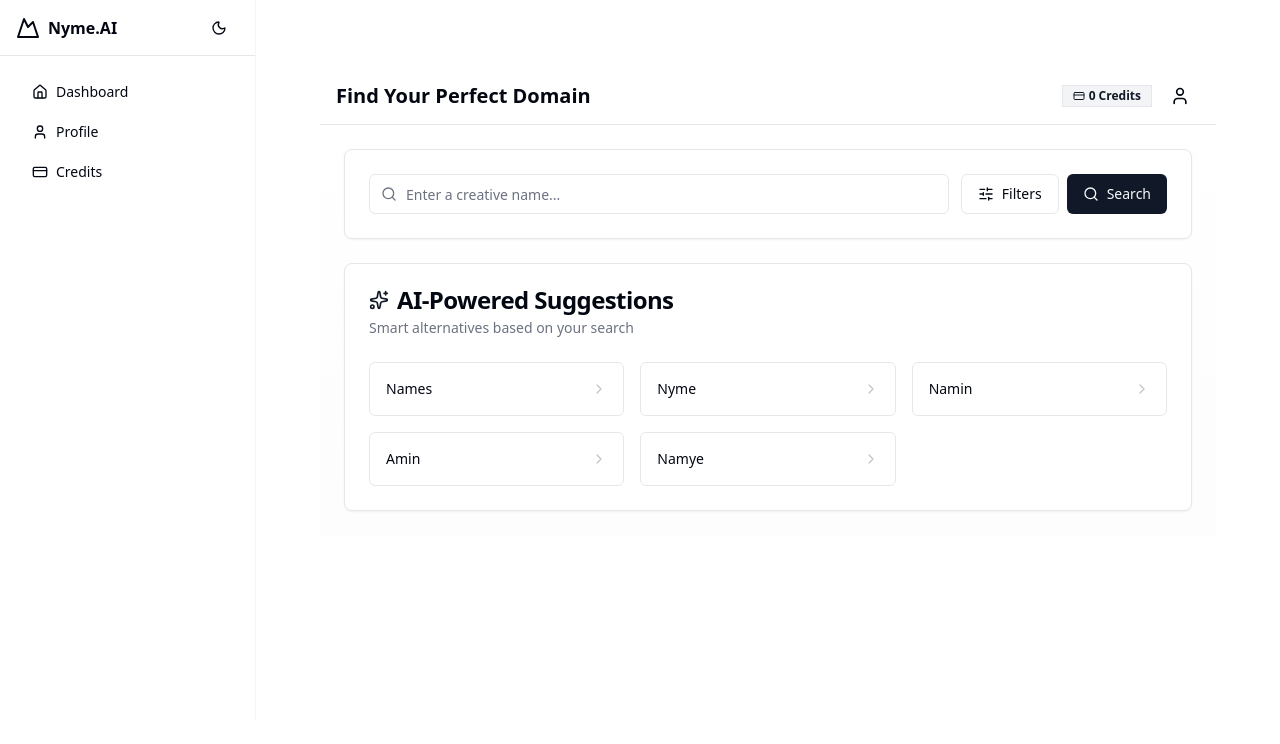
Repository: EliDorf/nyme
Page: /
An editor plug-in stored every save of this project. The page is shown before and after the next save, followed by the edit.
The browser window is 1280 px wide. The pictures show the whole page.
The page's requests for data from a server got no answer. The project was rebuilt for these pictures with package versions that can differ from the ones it lists, and the page was loaded fresh each time. Some packages were replaced by stand-ins written for this rebuild. The framework's server and built-in components were replaced by stand-ins that run in the browser. No one was signed in, and anything a server would have sent is missing. Also part of the build but not shown: next.config.mjs, lib/utils.ts, components/ui/tabs.tsx, components/ui/skeleton.tsx, components/ui/switch.tsx, components/ui/label.tsx, components/ui/alert-dialog.tsx, components/shared/InsufficientCreditsModal.tsx.

Above is the page before, as saved 2025-01-19 13:58:57.

### components/component/DomainFinder.tsx
'use client'

import { useState, useEffect, useRef } from "react"
import { Search, Home, CreditCard, User, Globe, X, Check, Sparkles, History, BookMarked, ArrowRight, Bell, Menu, Moon, Sun, SlidersHorizontal, ExternalLink, Star, Clock, DollarSign, ChevronRight, LayoutGrid, List } from 'lucide-react'
import { Button } from "@/components/ui/button"
import { Input } from "@/components/ui/input"
import {
  Card,
  CardContent,
  CardDescription,
  CardHeader,
  CardTitle,
  CardFooter,
} from "@/components/ui/card"
import {
  Sheet,
  SheetContent,
  SheetHeader,
  SheetTitle,
  SheetTrigger,
  SheetFooter,
} from "@/components/ui/sheet"
import {
  DropdownMenu,
  DropdownMenuContent,
  DropdownMenuItem,
  DropdownMenuTrigger,
  DropdownMenuSeparator,
  DropdownMenuLabel,
  DropdownMenuCheckboxItem,
} from "@/components/ui/dropdown-menu"
import { Badge } from "@/components/ui/badge"
import { ScrollArea } from "@/components/ui/scroll-area"
import { Tabs, TabsContent, TabsList, TabsTrigger } from "@/components/ui/tabs"
import { Skeleton } from "@/components/ui/skeleton"
import {
  Tooltip,
  TooltipContent,
  TooltipProvider,
  TooltipTrigger,
} from "@/components/ui/tooltip"
import { Progress } from "@/components/ui/progress"
import { Separator } from "@/components/ui/separator"
import { Switch } from "@/components/ui/switch"
import { Label } from "@/components/ui/label"
import { useUser } from '@clerk/nextjs'
import axios from 'axios'
import { creditFee } from "@/constants"
import { InsufficientCreditsModal } from "../shared/InsufficientCreditsModal"
import { useSuggestions } from "./UseSuggestion"
import { updateCredits } from "@/lib/actions/user.action"
import { useUserData } from "@/lib/actions/useUserData"

interface DomainStatus {
  domain: string;
  zone: string;
  status: string;
  summary: string;
}

interface Domain {
  domain: string;
  status: DomainStatus;
}

const TLDs = ['.com', '.io', '.ai', '.co', '.net'];

const getAffiliateLink = (domain: string) => {
  return `https://www.namecheap.com/domains/registration/results/?domain=${encodeURIComponent(domain)}&clickID=2eZ1DcRCpxyKUZtRio1i6XbcUkCXtpSh2w30Ro0&irgwc=1&utm_source=IR&utm_medium=Affiliate&utm_campaign=5673970&affnetwork=ir&ref=ir`;
};

export default function DomainFinder() {
  const { user } = useUser();
  const { userData, refetchUserData } = useUserData();
  const { suggestions, isLoading: suggestionsLoading, error: suggestionsError, handleSubmit } = useSuggestions();
  const [searchTerm, setSearchTerm] = useState("")
  const [isOpen, setIsOpen] = useState(false)
  const [isDarkMode, setIsDarkMode] = useState(false)
  const [isLoading, setIsLoading] = useState(false)
  const [isListView, setIsListView] = useState(false)
  const [domains, setDomains] = useState<Domain[]>([])
  const [error, setError] = useState<string | null>(null)
  const [hasSearched, setHasSearched] = useState(false)
  const [isSaving, setIsSaving] = useState(false)
  const [domainsChecked, setDomainsChecked] = useState(false)

  // Placeholder data
  const placeholderDomains: Domain[] = [
    { domain: 'Namye.com', status: { domain: 'Namye.com', zone: 'com', status: 'inactive', summary: 'inactive' } },
    { domain: 'Nyme.io', status: { domain: 'Nyme.io', zone: 'io', status: 'active', summary: 'active' } },
    { domain: 'Nyme.ai', status: { domain: 'Nyme.ai', zone: 'ai', status: 'inactive', summary: 'inactive' } },
    { domain: 'Namin.com', status: { domain: 'Namin.com', zone: 'com', status: 'active', summary: 'active' } },
    { domain: 'Amin.co', status: { domain: 'Amin.co', zone: 'co', status: 'inactive', summary: 'inactive' } },
  ];

  const handleSearch = async () => {
    if (!user || !userData) {
      setError('You must be logged in to search');
      return;
    }

    if (userData.creditBalance < Math.abs(creditFee)) {
      setError('Insufficient credits');
      return;
    }

    setIsLoading(true);
    setError(null);

    try {
      await handleSubmit(searchTerm);
      await updateCredits(userData._id.toString(), creditFee);
      await refetchUserData();
      await checkDomains();
    } catch (err) {
      console.error(err);
      setError('Failed to perform search');
    } finally {
      setIsLoading(false);
    }
  }

  useEffect(() => {
    if (domainsChecked && user) {
      saveDomains();
    }
  }, [domainsChecked, user]);

  const checkDomains = async (searchInput = searchTerm) => {
    setIsLoading(true);
    setError(null);
    try {
      const allDomains = [searchInput, ...suggestions].filter(Boolean);
      const requests = allDomains.flatMap(domain =>
        TLDs.map(tld => axios.get(`/api/domains?name=${encodeURIComponent(domain + tld)}`))
      );
      const responses = await Promise.all(requests);
      const newDomains = responses.map((response, index) => {
        const domain = allDomains[Math.floor(index / TLDs.length)] + TLDs[index % TLDs.length];
        const status = response.data.status[0];
        return {
          domain,
          status
        };
      });
      setDomains(newDomains);
      setHasSearched(true);
      setDomainsChecked(true);
    } catch (err) {
      setError('Failed to check domain availability');
      console.error(err);
    } finally {
      setIsLoading(false);
    }
  };

  const isAvailable = (status: string) => {
    return status === "inactive" || status === "undelegated" || status === "unknown" || status === "undelegated inactive";
  };

  const displayDomains = hasSearched ? domains : placeholderDomains;
  const sortedDomains = [...displayDomains].sort((a, b) => a.domain.length - b.domain.length);
  const availableDomains = sortedDomains.filter(d => isAvailable(d.status.status)).slice(0, 10);
  const unavailableDomains = sortedDomains.filter(d => !isAvailable(d.status.status)).slice(0, 10);

  const saveDomains = async () => {
    if (!user) {
      console.error('No user logged in');
      setError('You must be logged in to save domains');
      return;
    }

    setIsSaving(true);
    try {
      const response = await axios.post('/api/save-domains', {
        domains: [...availableDomains, ...unavailableDomains],
        userId: user.id,
        input: searchTerm
      });

      if (response.status !== 200) {
        throw new Error(`Failed to save domains. Status: ${response.status}`);
      }
    } catch (error) {
      console.error('Error saving domains:', error);
      setError('Failed to save domains. Please try again.');
    } finally {
      setIsSaving(false);
      setDomainsChecked(false);
    }
  };

  const toggleTheme = () => {
    setIsDarkMode(!isDarkMode)
    document.documentElement.classList.toggle('dark')
  }

  return (
    <div className={`flex flex-col bg-gradient-to-b from-background to-muted/20 w-full ${isDarkMode ? 'dark' : ''}`}>
      {/* Main Content */}
      <div className="flex-1">
        <header className="sticky top-0 z-20 border-b bg-background/95 backdrop-blur supports-[backdrop-filter]:bg-background/60">
          <div className="flex h-14 items-center gap-4 px-4">
            <h1 className="text-lg font-semibold md:text-xl">Find Your Perfect Domain</h1>
            <div className="ml-auto flex items-center gap-2">
              <TooltipProvider>
                <Tooltip>
                  <TooltipTrigger asChild>
                    <Badge variant="secondary" className="hidden sm:inline-flex">
                      <CreditCard className="mr-1 h-3 w-3" />
                      {userData?.creditBalance || 0} Credits
                    </Badge>
                  </TooltipTrigger>
                  <TooltipContent>Available search credits</TooltipContent>
                </Tooltip>
              </TooltipProvider>
              <Button variant="ghost" size="icon" className="hidden md:inline-flex">
                <User className="h-5 w-5" />
              </Button>
            </div>
          </div>
        </header>

        <main className="p-4 md:p-6">
          <div className="mx-auto max-w-6xl space-y-4 md:space-y-6">
            {/* Search Section */}
            <Card className="overflow-hidden">
              <CardContent className="p-4 md:p-6">
                <div className="flex flex-col gap-3 sm:flex-row">
                  <div className="relative flex-1">
                    <Search className="absolute left-3 top-3 h-4 w-4 text-muted-foreground" />
                    <Input
                      placeholder="Enter a creative name..."
                      value={searchTerm}
                      onChange={(e) => setSearchTerm(e.target.value)}
                      className="pl-9"
                      disabled={isLoading}
                    />
                  </div>
                  <div className="flex gap-2">
                    <DropdownMenu>
                      <DropdownMenuTrigger asChild>
                        <Button variant="outline" className="flex-1 sm:flex-none">
                          <SlidersHorizontal className="mr-2 h-4 w-4" />
                          Filters
                        </Button>
                      </DropdownMenuTrigger>
                      <DropdownMenuContent align="end" className="w-56">
                        <DropdownMenuLabel>Domain Settings</DropdownMenuLabel>
                        <DropdownMenuSeparator />
                        <DropdownMenuCheckboxItem checked>
                          Include TLD variations
                        </DropdownMenuCheckboxItem>
                        <DropdownMenuCheckboxItem checked>
                          Show price estimates
                        </DropdownMenuCheckboxItem>
                        <DropdownMenuSeparator />
                        <DropdownMenuLabel>Price Range</DropdownMenuLabel>
                        <DropdownMenuItem>
                          <DollarSign className="mr-2 h-4 w-4" />
                          Under $50/year
                        </DropdownMenuItem>
                        <DropdownMenuItem>
                          <DollarSign className="mr-2 h-4 w-4" />
                          $50 - $100/year
                        </DropdownMenuItem>
                      </DropdownMenuContent>
                    </DropdownMenu>
                    <Button
                      className="flex-1 sm:flex-none"
                      onClick={handleSearch}
                      disabled={isLoading}
                    >
                      {isLoading ? (
                        <>
                          <Skeleton className="h-4 w-4 rounded-full mr-2" />
                          Searching...
                        </>
                      ) : (
                        <>
                          <Search className="mr-2 h-4 w-4" />
                          Search
                        </>
                      )}
                    </Button>
                  </div>
                </div>
              </CardContent>
            </Card>

            {/* Error Display */}
            {error && (
              <Card className="border-red-200 bg-red-50">
                <CardContent className="p-4">
                  <div className="flex items-center gap-2 text-red-600">
                    <X className="h-4 w-4" />
                    <p>{error}</p>
                  </div>
                </CardContent>
              </Card>
            )}

            {/* AI-Powered Suggestions */}
            {suggestions.length > 0 && (
              <Card className="overflow-hidden">
                <CardHeader>
                  <CardTitle className="flex items-center">
                    <Sparkles className="mr-2 h-5 w-5 text-primary" />
                    AI-Powered Suggestions
                  </CardTitle>
                  <CardDescription>
                    Smart alternatives based on your search
                  </CardDescription>
                </CardHeader>
                <CardContent>
                  <ScrollArea className="h-[120px] md:h-auto">
                    <div className="flex flex-nowrap gap-4 pb-4 md:flex-wrap md:pb-0">
                      {suggestions.map((suggestion) => (
                        <Button
                          key={suggestion}
                          variant="outline"
                          className="h-auto w-[200px] shrink-0 justify-start p-4 transition-all hover:shadow-md md:w-[calc(50%-0.5rem)] lg:w-[calc(33.333%-0.667rem)]"
                          onClick={() => {
                            setSearchTerm(suggestion);
                            handleSearch();
                          }}
                        >
                          <div className="flex w-full items-center justify-between">
                            <div>
                              <div className="flex items-center gap-2">
                                <span className="font-medium">{suggestion}</span>
                              </div>
                            </div>
                            <ChevronRight className="h-4 w-4 text-muted-foreground/40" />
                          </div>
                        </Button>
                      ))}
                    </div>
                  </ScrollArea>
                </CardContent>
              </Card>
            )}

            {/* Results Tabs */}
            {(hasSearched || isLoading) && (
              <Tabs defaultValue="available" className="space-y-4">
                <div className="flex items-center justify-between">
                  <TabsList className="w-auto justify-start">
                    <TabsTrigger value="available" className="text-green-600 data-[state=active]:bg-green-100 dark:text-green-400 dark:data-[state=active]:bg-green-900/20">
                      Available
                      <Badge variant="secondary" className="ml-2 hidden sm:inline-flex bg-green-100 text-green-600 dark:bg-green-900/20 dark:text-green-400">
                        {availableDomains.length}
                      </Badge>
                    </TabsTrigger>
                    <TabsTrigger value="unavailable" className="text-red-600 data-[state=active]:bg-red-100 dark:text-red-400 dark:data-[state=active]:bg-red-900/20">
                      Unavailable
                      <Badge variant="secondary" className="ml-2 hidden sm:inline-flex bg-red-100 text-red-600 dark:bg-red-900/20 dark:text-red-400">
                        {unavailableDomains.length}
                      </Badge>
                    </TabsTrigger>
                  </TabsList>
                  <div className="flex items-center space-x-2">
                    <Label htmlFor="list-view" className="text-sm">List View</Label>
                    <Switch
                      id="list-view"
                      checked={isListView}
                      onCheckedChange={setIsListView}
                    />
                  </div>
                </div>

                <TabsContent value="available" className="space-y-4">
                  {isListView ? (
                    <Card>
                      <CardContent className="p-0">
                        <div className="divide-y">
                          {isLoading ? (
                            Array(3).fill(0).map((_, i) => (
                              <div key={i} className="p-4">
                                <div className="flex items-center justify-between">
                                  <Skeleton className="h-6 w-1/3" />
                                  <Skeleton className="h-6 w-16" />
                                </div>
                                <Skeleton className="mt-2 h-4 w-1/4" />
                              </div>
                            ))
                          ) : (
                            availableDomains.map((domain) => (
                              <div key={domain.domain} className="flex items-center justify-between p-4 hover:bg-muted/50">
                                <div>
                                  <div className="flex items-center gap-2">
                                    <span className="font-medium">{domain.domain}</span>
                                  </div>
                                  <div className="mt-1 text-sm text-muted-foreground">
                                    {domain.status.status}
                                  </div>
                                </div>
                                <div className="flex items-center gap-4">
                                  <Button
                                    variant="outline"
                                    size="sm"
                                    onClick={() => window.open(getAffiliateLink(domain.domain), '_blank')}
                                  >
                                    Register
                                  </Button>
                                </div>
                              </div>
                            ))
                          )}
                        </div>
                      </CardContent>
                    </Card>
                  ) : (
                    <div className="grid gap-4 sm:grid-cols-2 lg:grid-cols-3">
                      {isLoading ? (
                        Array(3).fill(0).map((_, i) => (
                          <Card key={i} className="overflow-hidden">
                            <CardHeader className="space-y-2 p-4">
                              <Skeleton className="h-4 w-1/2" />
                              <Skeleton className="h-4 w-1/4" />
                            </CardHeader>
                            <CardContent className="p-4">
                              <div className="space-y-2">
                                <Skeleton className="h-4 w-full" />
                                <Skeleton className="h-4 w-3/4" />
                              </div>
                            </CardContent>
                            <CardFooter className="p-4 pt-0">
                              <Skeleton className="h-10 w-full" />
                            </CardFooter>
                          </Card>
                        ))
                      ) : (
                        availableDomains.map((domain) => (
                          <Card key={domain.domain} className="overflow-hidden transition-all hover:shadow-lg">
                            <CardHeader className="space-y-1 p-4">
                              <div className="flex items-center justify-between">
                                <CardTitle className="text-base font-medium">
                                  {domain.domain}
                                </CardTitle>
                              </div>
                              <CardDescription className="flex items-center gap-2">
                                Status: {domain.status.status}
                              </CardDescription>
                            </CardHeader>
                            <CardContent className="p-4">
                              <div className="space-y-3">
                                <div className="grid grid-cols-2 gap-2 text-sm">
                                  <div className="space-y-1">
                                    <p className="text-muted-foreground">Zone</p>
                                    <p>{domain.status.zone}</p>
                                  </div>
                                  <div className="space-y-1">
                                    <p className="text-muted-foreground">Summary</p>
                                    <p>{domain.status.summary}</p>
                                  </div>
                                </div>
                              </div>
                            </CardContent>
                            <CardFooter className="p-4 pt-0">
                              <Button
                                variant="default"
                                className="w-full"
                                onClick={() => window.open(getAffiliateLink(domain.domain), '_blank')}
                              >
                                Register Domain
                                <ArrowRight className="ml-2 h-4 w-4" />
                              </Button>
                            </CardFooter>
                          </Card>
                        ))
                      )}
                    </div>
                  )}
                </TabsContent>

                <TabsContent value="unavailable">
                  <Card>
                    <CardHeader>
                      <CardDescription>
                        These domains are currently registered
                      </CardDescription>
                    </CardHeader>
                    <CardContent>
                      <ScrollArea className="h-[300px] -mx-4 px-4">
                        <div className="space-y-2">
                          {unavailableDomains.map((domain) => (
                            <div
                              key={domain.domain}
                              className="flex items-center justify-between rounded-lg border p-3 transition-colors hover:bg-muted/50"
                            >
                              <div className="flex items-center gap-2">
                                <Globe className="h-4 w-4 text-muted-foreground" />
                                <div>
                                  <p className="font-medium">{domain.domain}</p>
                                  <p className="text-sm text-muted-foreground">
                                    Status: {domain.status.status}
                                  </p>
                                </div>
                              </div>
                              <div className="flex items-center gap-2">
                                <TooltipProvider>
                                  <Tooltip>
                                    <TooltipTrigger asChild>
                                      <Button variant="ghost" size="icon" className="h-8 w-8 shrink-0">
                                        <Bell className="h-4 w-4" />
                                      </Button>
                                    </TooltipTrigger>
                                    <TooltipContent>Get notified if available</TooltipContent>
                                  </Tooltip>
                                </TooltipProvider>
                              </div>
                            </div>
                          ))}
                        </div>
                      </ScrollArea>
                    </CardContent>
                  </Card>
                </TabsContent>
              </Tabs>
            )}

            {userData && userData.creditBalance < Math.abs(creditFee) && <InsufficientCreditsModal />}
          </div>
        </main>
      </div>
    </div>
  )
}

Loaded but not shown: components/ui/dropdown-menu.tsx (200 lines, source omitted); app/globals.css (263 lines, source omitted); components/shared/new-sidebar.tsx (161 lines, source omitted); constants/index.ts (195 lines, source omitted); lib/actions/user.action.ts (126 lines, source omitted); tailwind.config.ts (82 lines, source omitted); components/ui/card.tsx (79 lines, source omitted); components/ui/button.tsx (56 lines, source omitted); components/ui/scroll-area.tsx (48 lines, source omitted); components/component/UseSuggestion.tsx (54 lines, source omitted); lib/database/mongoose.ts (53 lines, source omitted); components/ui/tooltip.tsx (30 lines, source omitted); components/ui/badge.tsx (36 lines, source omitted); components/ui/input.tsx (25 lines, source omitted); lib/database/models/user.model.ts (47 lines, source omitted); lib/actions/useUserData.ts (23 lines, source omitted); app/(root)/layout.tsx (17 lines, source omitted); components/component/Dashboard.tsx (11 lines, source omitted); app/(root)/page.tsx (13 lines, source omitted); app/layout.tsx (38 lines, source omitted)

After the next save:
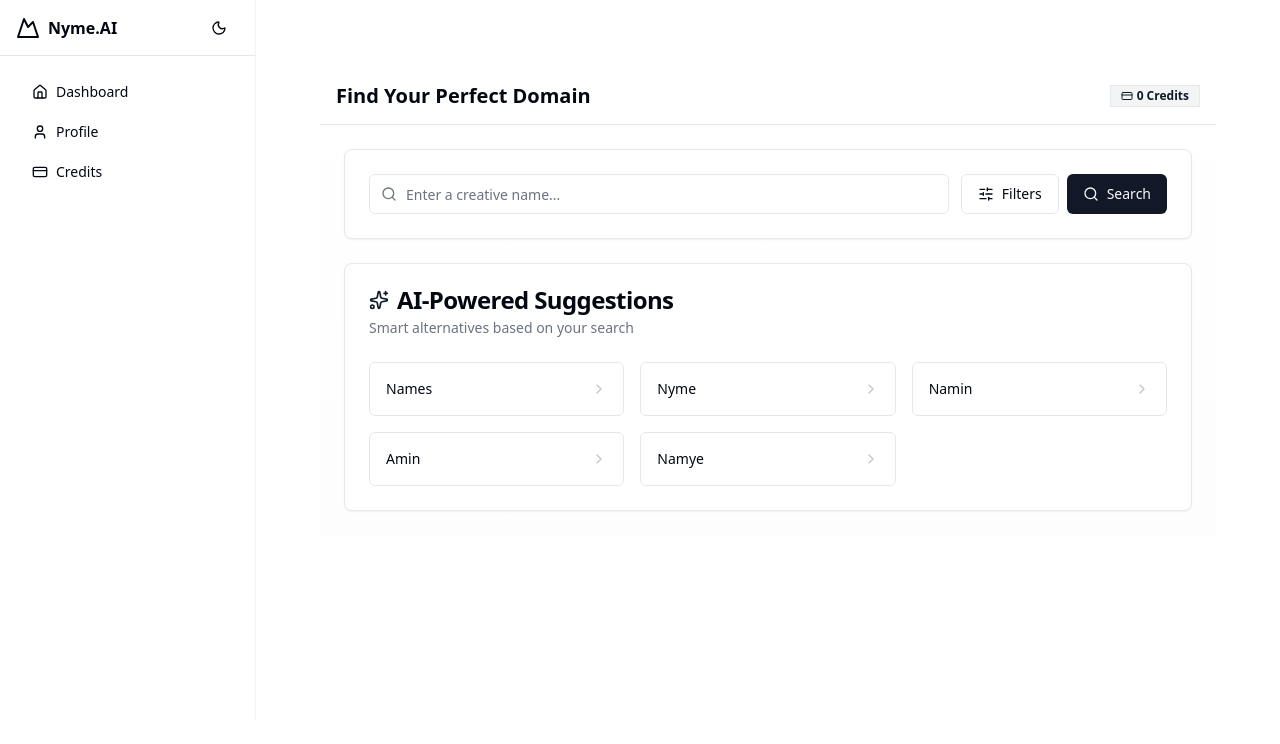
Saved 5 min 2 s later.
--- a/components/component/DomainFinder.tsx
+++ b/components/component/DomainFinder.tsx
@@ -214,9 +214,6 @@ export default function DomainFinder() {
                   <TooltipContent>Available search credits</TooltipContent>
                 </Tooltip>
               </TooltipProvider>
-              <Button variant="ghost" size="icon" className="hidden md:inline-flex">
-                <User className="h-5 w-5" />
-              </Button>
             </div>
           </div>
         </header>
